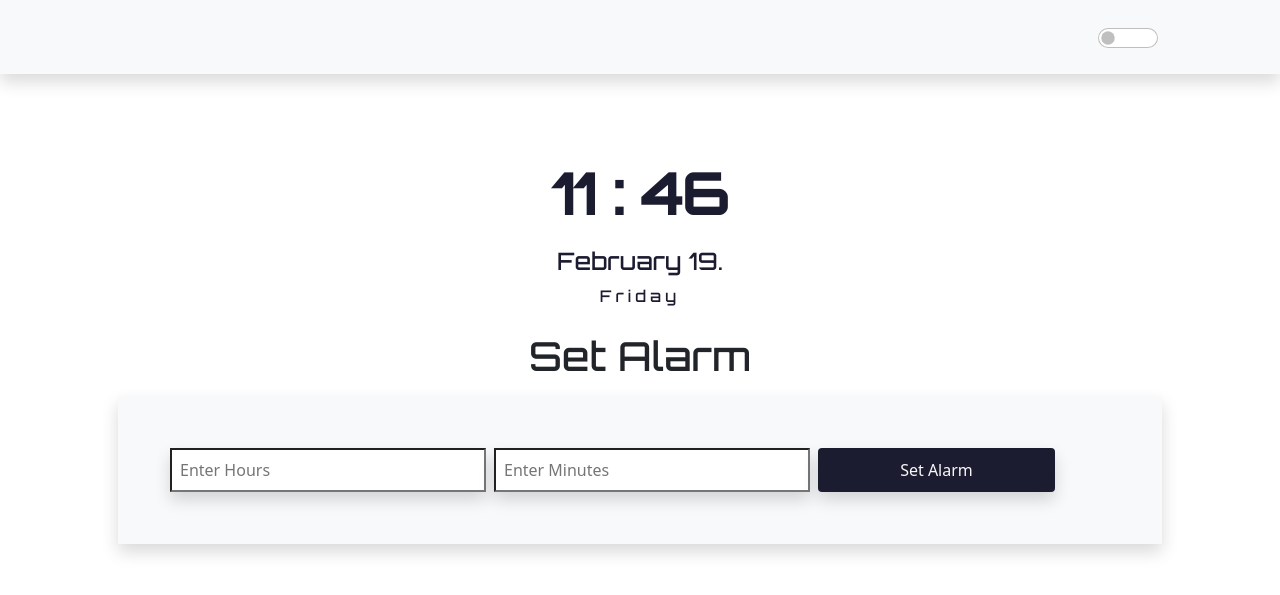
Repository: just-mann/Timer-with-Alarm
Page: index.html
These files come from the project's save history. The page is drawn as it stood at one moment and after the next save; the edit follows.
The browser window is 1280 px wide. The pictures show the whole page.

Above is the page before, as saved 2021-02-19 15:47:45.

After the next save:
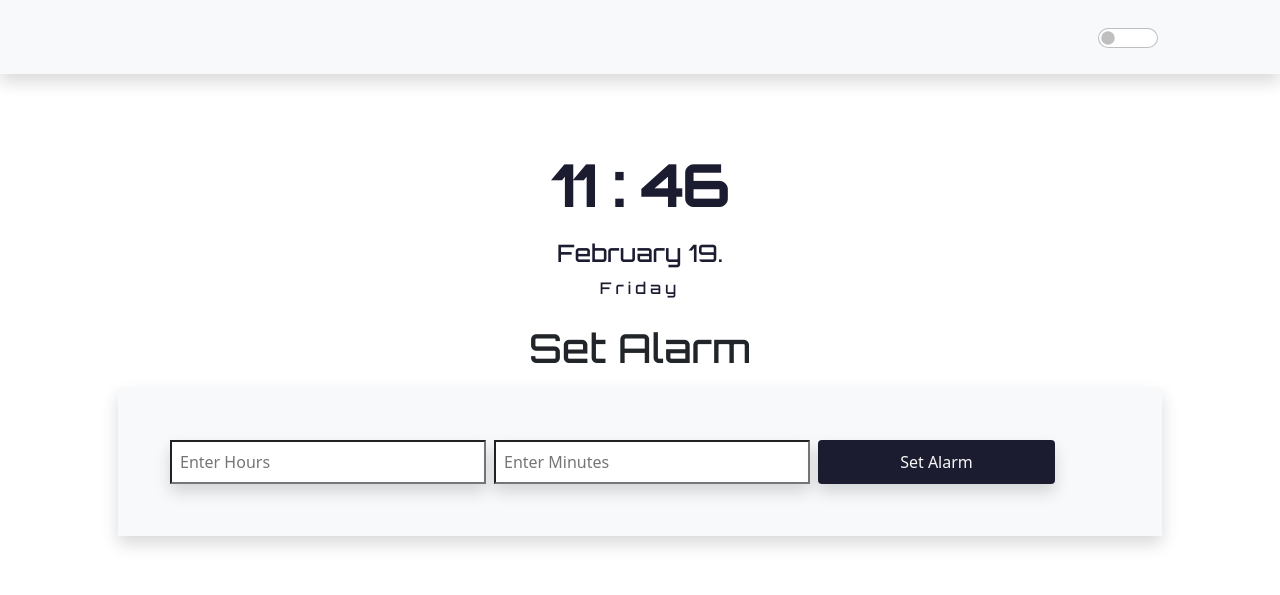
Saved 50 s later.
--- a/index.html
+++ b/index.html
@@ -13,7 +13,7 @@
     <script src="https://cdn.jsdelivr.net/npm/bootstrap@5.0.0-beta1/dist/js/bootstrap.bundle.min.js" integrity="sha384-ygbV9kiqUc6oa4msXn9868pTtWMgiQaeYH7/t7LECLbyPA2x65Kgf80OJFdroafW" crossorigin="anonymous"></script>
   </head>
   <body>
-      <nav class="container-fluid bg-light shadow mb-3">
+      <nav class="container-fluid bg-light shadow mb-2">
         <div class="container p-4">
           <div class="float-left d-flex align-items-center my-auto" id="setAlarmContainer">
             <h4 class="text-uppercase display-4 " id="alarmDisplay">
